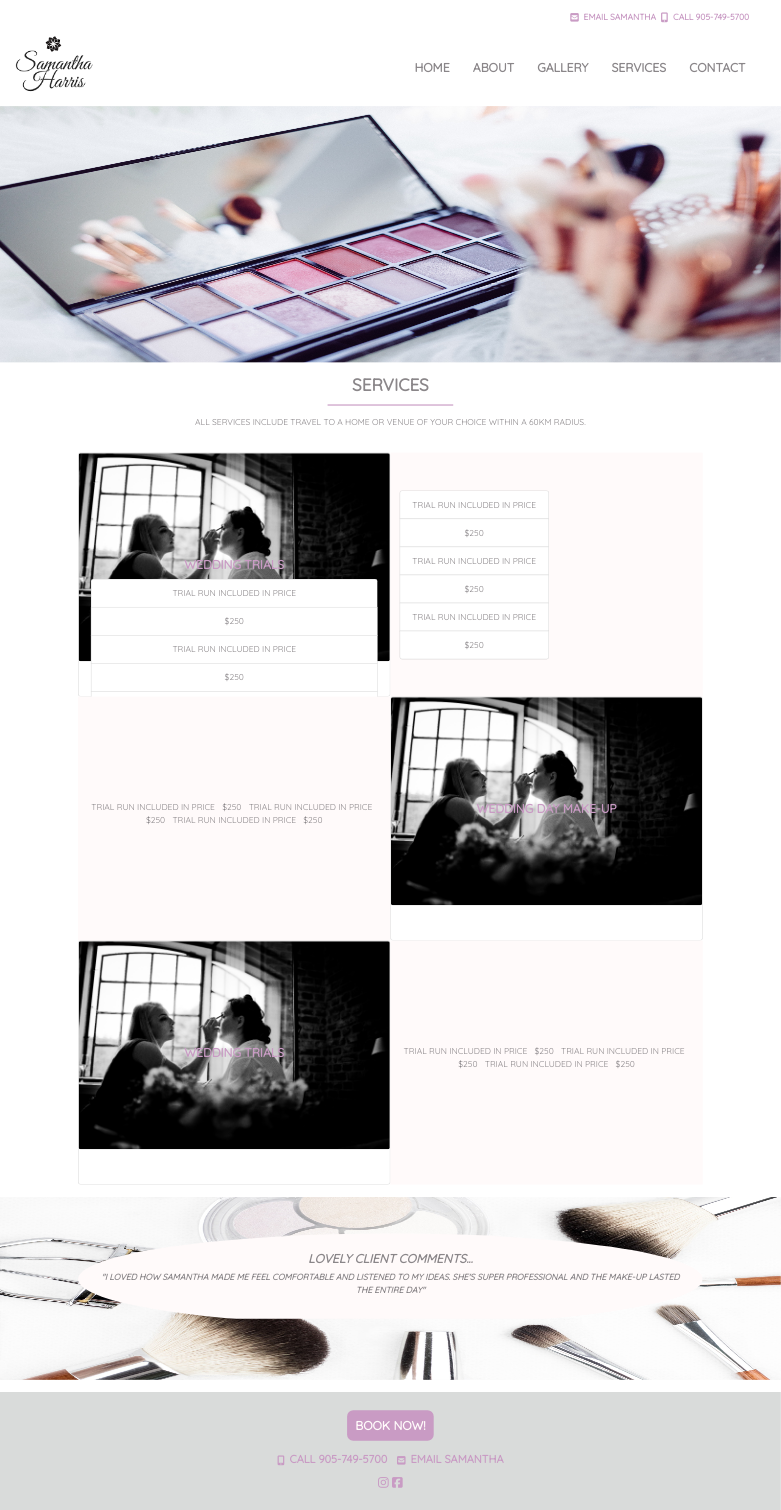
Repository: JayneyNix/milestone-1-UCFD
Page: services.html
The author's editor kept a record of every edit. The page is drawn from the files as they stood at one moment, then again after the next edit.
The browser window is 1280 px wide. The pictures show the whole page, at 61% of full size.
Some web libraries are served in a nearby version.

Above is the page before.

After the next edit:
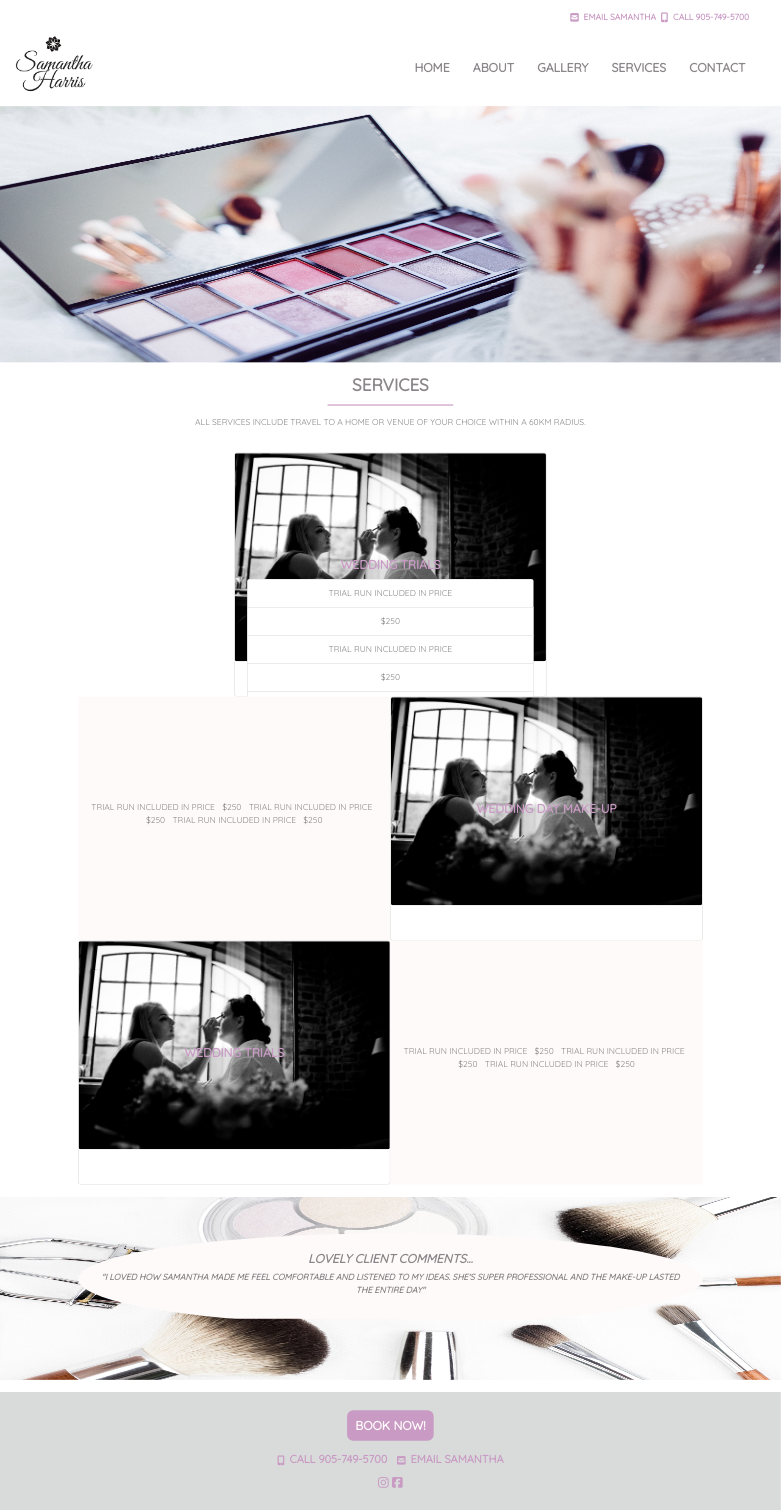
The edit:
--- a/services.html
+++ b/services.html
@@ -112,18 +112,9 @@
                     <li class="list-group-item">$250</li>
                 </div>
             </div>
-
-            <div class="services-text col-md-6 col-sm-order-2 d-flex align-content-center flex-wrap">
-                <ul class="list-group p headings">
-                    <li class="list-group-item">Trial Run included in price</li>
-                    <li class="list-group-item">$250</li>
-                    <li class="list-group-item">Trial Run included in price</li>
-                    <li class="list-group-item">$250</li>
-                    <li class="list-group-item">Trial Run included in price</li>
-                    <li class="list-group-item">$250</li>
-
-            </div>
-        </div>
+        </div>
+
+
         <div class="row pricing-row d-flex justify-content-center no-gutter">
             <div class="services-text col-md-6 col-sm-push-6 d-flex align-content-center flex-wrap">
                 <ul class="list-inline p headings">
